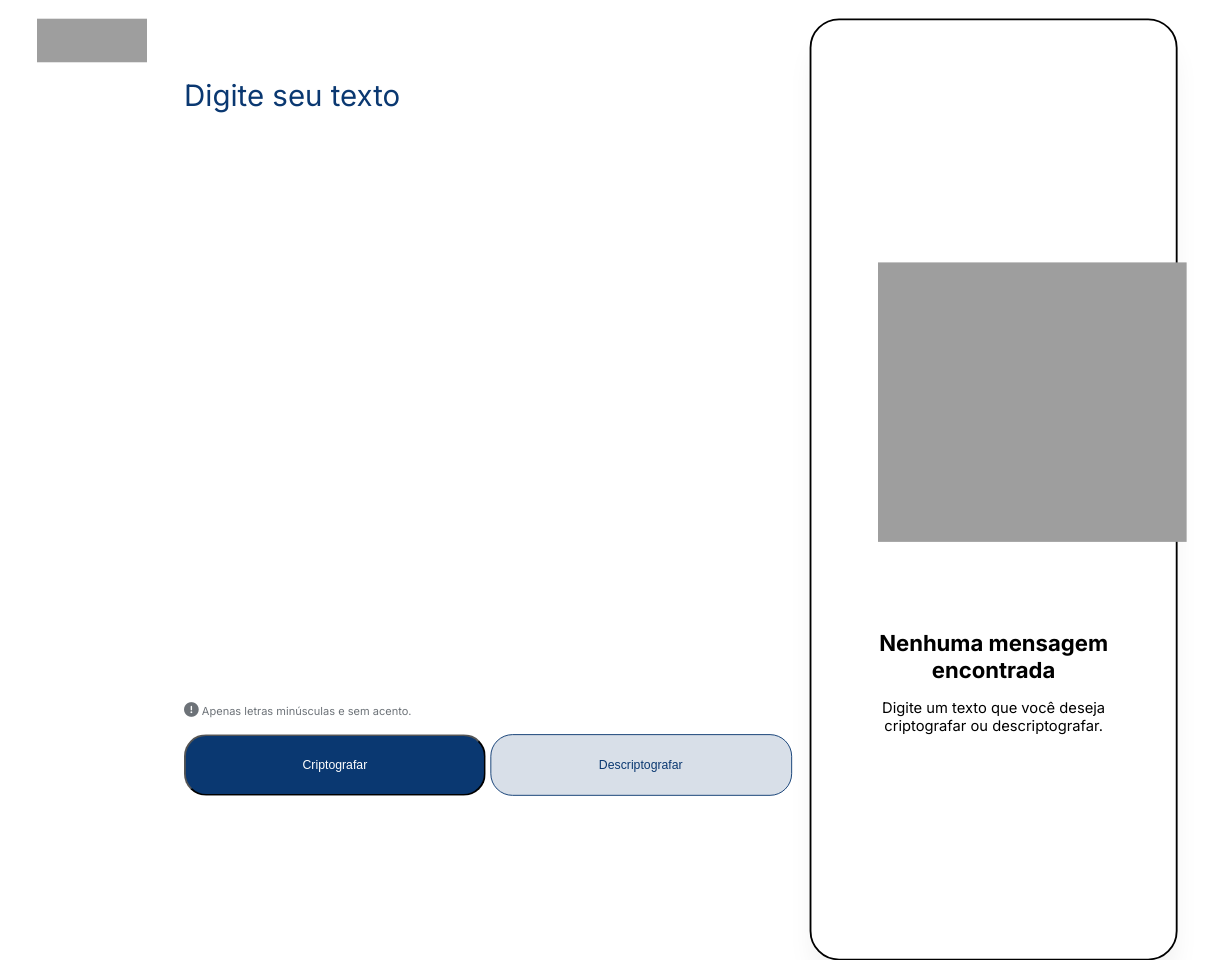
Repository: CarlosEduardoVdeOliveira/descodificador-de-texto
Page: index.html
These files come from the project's save history. The page is drawn as it stood at one moment and after the next save; the edit follows.
The browser window is 1280 px wide. The page is 1330 px wide, then 1280 px, so the pictures cover 1330 px, including what lies to the right of the window. The pictures show the whole page, at 92% of full size.
Pictures or frames that could not be fetched are drawn as grey boxes.

Above is the page before, as saved 2023-04-11 22:06:07.

### index.html
<!DOCTYPE html>
<html lang="en">
<head>
   <meta charset="UTF-8">
   <link rel="preconnect" href="https://fonts.googleapis.com">
   <link rel="preconnect" href="https://fonts.gstatic.com" crossorigin>
   <meta http-equiv="X-UA-Compatible" content="IE=edge">
   <meta name="viewport" content="width=device-width, initial-scale=1.0">
   <link href="https://fonts.googleapis.com/css2?family=Inter:wght@400;700&display=swap" rel="stylesheet">
   <link rel="stylesheet" href="https://cdnjs.cloudflare.com/ajax/libs/font-awesome/6.4.0/css/all.min.css" integrity="sha512-iecdLmaskl7CVkqkXNQ/ZH/XLlvWZOJyj7Yy7tcenmpD1ypASozpmT/E0iPtmFIB46ZmdtAc9eNBvH0H/ZpiBw==" crossorigin="anonymous" referrerpolicy="no-referrer" />
   <link rel="stylesheet" href="/public/styles/reset.css">
   <link rel="stylesheet" href="/public/styles/index.css">
   <title>Decodificador</title>
</head>
<body>
   <header>
   </header>
   <main>
      <img src="/public/images/imageLogo.png"
         alt="letra a da logo da escola de programação Alura">
      <div class="frist-area">
         <input placeholder="Digite seu texto" />
         <span>
            <i class="fa-solid fa-circle-exclamation"></i>
            Apenas letras minúsculas e sem acento.
         </span>
         <div>
            <button class="button-cryptography">Criptografar</button>
            <button class="button-decryption">Descriptografar</button>
         </div>
      </div>
      <div class="highlight">
         <img src="/public/images/imageHighLight.svg" alt="">
         <div>
            <h2>Nenhuma mensagem encontrada</h2>
            <p>
               Digite um texto que você deseja criptografar ou descriptografar.
            </p>
         </div>
      </div>
   </main>
</body>
</html>

### public/styles/reset.css
*{
   margin: 0;
   padding: 0;
   box-sizing: border-box;
}
body{
   font-family:  'Inter', sans-serif;
   font-size: 1rem;
}

### public/styles/index.css
:root{
   --dark-blue-300: #0A3871;
   --light-gray: #D8DFE8;
   --gray-400: #495057;
}
header{
   position: absolute;
   width: 100%;
   height: 2.5rem;
}
img{
   width: 8rem;
   height: 3rem;
   margin: 2.5rem;
   top: -20px;
   position: relative;
}
main {
   display: flex;
   justify-content: space-around;
   align-items: self-start;
   margin: 0 auto;
}
.frist-area{
   display: flex;
   flex-direction: column;
   position: relative;
   top: 80px;
}
input{
   width: 680px;
   height: 48px;
   font-family: 'Inter';
   font-size: 32px;
   line-height: 150%;
   color: var(--dark-blue-300);
   border: none;
   margin-bottom: 635px;
}

input::placeholder{
   color: var(--dark-blue-300);
}
i{
   color: var(--gray-400);
   font-size: 1rem;
}
span{
   font-size: 12px;
   color: var(--gray-400);
   line-height: 150%;
   opacity: 0.8;
   margin-bottom: 1rem;
}
button{
   padding: 24px;
   gap: 8px;
   width: 328px;
   height: 67px;
   border-radius: 24px;
   cursor: pointer;
}
.button-cryptography{
   background-color: var(--dark-blue-300);
   color: #FFFFFF;
}
.button-decryption{
   background: var(--light-gray);
   color: var(--dark-blue-300);
   border: 1px solid var(--dark-blue-300);
}
.highlight{
   width: 25rem;
   position: relative;
   top: 20px;
   padding: 15.188rem 2rem;
   text-align: center;
   background: #FFFFFF;
   /* shadow */
   box-shadow: 0px 24px 32px -8px rgba(0, 0, 0, 0.08);
   border-radius: 32px;
   border: 2px solid black;
}
.highlight div{
   display: flex;
   flex-direction: column;

   margin-top: 2rem;
   padding: 0px;
   gap: 16px;
}
.highlight img{
   width: 21rem;
   height: 19rem;
}

After the next save:
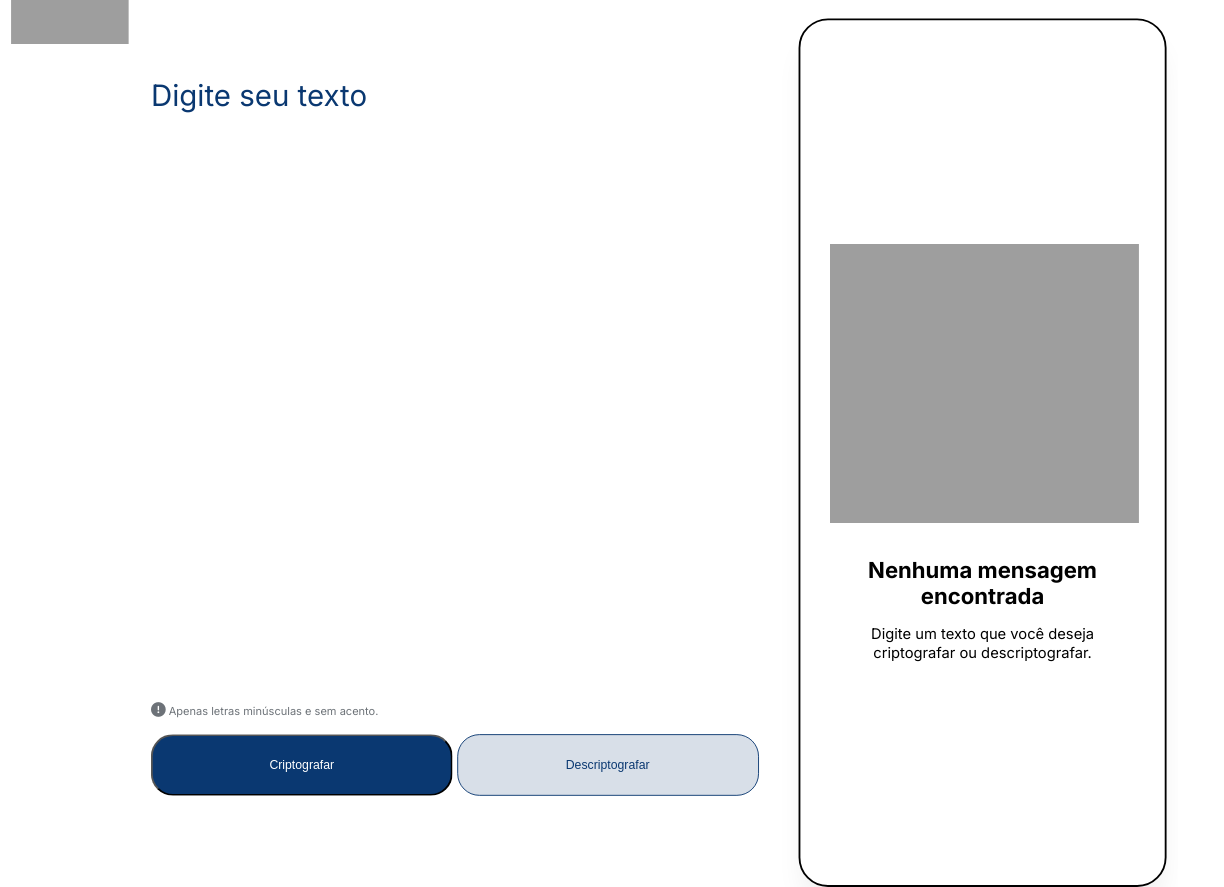
Saved 10 h 7 min later.
--- a/public/styles/index.css
+++ b/public/styles/index.css
@@ -11,9 +11,6 @@ header{
 img{
    width: 8rem;
    height: 3rem;
-   margin: 2.5rem;
-   top: -20px;
-   position: relative;
 }
 main {
    display: flex;
